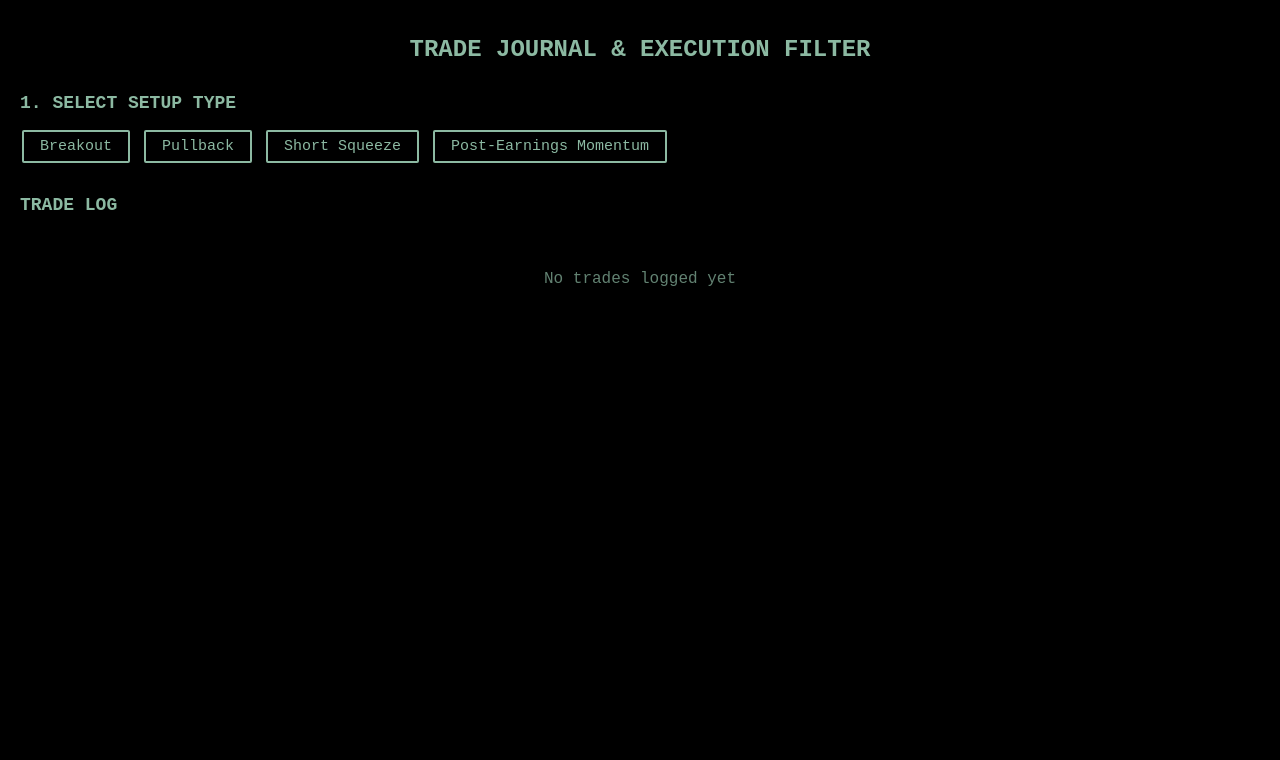
Repository: 11612x/burnlistv1.1
Page: /journal
An editor plug-in stored every save of this project. The page is shown before and after the next save, followed by the edit.
The browser window is 1280 px wide. The pictures show the whole page.
The project was rebuilt for these pictures with package versions that can differ from the ones it lists, and the page was loaded fresh each time. Also part of the build but not shown: vite.config.js, src/components/CustomTooltip.jsx, src/logic/portfolioUtils.js, src/components/WatchlistChart.jsx, src/data/randomNames.js, src/data/mockTickerGenerator.js, src/components/NotificationBanner.jsx, src/pages/HomePage.jsx and 18 more.

Above is the page before, as saved 2025-07-17 01:07:55.

### index.html
<!DOCTYPE html>
<html lang="en">
  <head>
    <meta charset="UTF-8" />
    <meta name="viewport" content="width=device-width, initial-scale=1.0" />
    <title>Burnlist</title>
    <link rel="icon" type="image/x-icon" href="/favicon.ico" />
  </head>
  <body>
    <div id="root"></div>
    <script type="module" src="/src/main.jsx"></script>
  </body>
</html>

### src/main.jsx
import React from 'react';
import ReactDOM from 'react-dom/client';
import App from './App';
import './index.css';
import MockWatchlistPage from './pages/MockWatchlistPage';

console.log("MAIN.JSX is running");


ReactDOM.createRoot(document.getElementById('root')).render(<App />);

### src/index.css
body, html, #root {
  margin: 0;
  padding: 0;
  height: 100%;
  background-color: black;
  color: #0de309;
  font-family: 'Courier New', Courier, monospace;
}

### src/pages/TradeJournal.jsx
import React, { useState, useEffect } from "react";
import { useTheme } from '../ThemeContext';
import { useNavigate } from 'react-router-dom';
import NotificationBanner from '@components/NotificationBanner';
import CustomButton from '@components/CustomButton';
import greenflag from '../assets/greenflag.png';
import yellowflag from '../assets/yellowflag.png';
import redflag from '../assets/redflag.png';

const CRT_GREEN = 'rgb(140,185,162)';

// Setup configurations with their specific checklists
const SETUP_CONFIGS = {
  breakout: {
    name: "Breakout",
    checklists: [
      "Price above key resistance level",
      "Volume surge on breakout",
      "Clean breakout (no overlapping candles)",
      "Previous consolidation pattern",
      "No major resistance overhead",
      "RSI not overbought (>70)",
      "Breakout from 20+ day range",
      "Follow-through volume next day",
      "No earnings within 5 days",
      "Stop loss below breakout level"
    ]
  },
  pullback: {
    name: "Pullback",
    checklists: [
      "Pullback to key support level",
      "Volume decreasing on pullback",
      "Bounce from moving average",
      "RSI oversold (<30) or near support",
      "Previous uptrend intact",
      "No breakdown of key support",
      "Candlestick reversal pattern",
      "Volume confirmation on bounce",
      "No major news events",
      "Stop loss below support level"
    ]
  },
  shortSqueeze: {
    name: "Short Squeeze",
    checklists: [
      "High short interest (>20%)",
      "Price above short interest level",
      "Volume explosion",
      "Gap up or strong move",
      "No major resistance overhead",
      "Catalyst-driven move",
      "Short covering evident",
      "Momentum indicators strong",
      "No earnings within 3 days",
      "Stop loss below entry",
      "Risk:Reward at least 1:2"
    ]
  },
  postEarnings: {
    name: "Post-Earnings Momentum",
    checklists: [
      "Earnings beat expectations",
      "Gap up on earnings",
      "Volume surge post-earnings",
      "No gap fill within 2 days",
      "Analyst upgrades",
      "Guidance positive",
      "Sector momentum",
      "No major resistance overhead",
      "RSI not overbought",
      "Stop loss below gap",
      "Risk:Reward at least 1:1.5"
    ]
  }
};

const TradeJournal = () => {
  const { isInverted } = useTheme();
  const navigate = useNavigate();
  const [selectedSetup, setSelectedSetup] = useState("");
  const [ticker, setTicker] = useState("");
  const [checklistItems, setChecklistItems] = useState({});
  const [entryPrice, setEntryPrice] = useState("");
  const [stopLoss, setStopLoss] = useState("");
  const [target, setTarget] = useState("");
  const [accountSize, setAccountSize] = useState("");
  const [riskPerTrade, setRiskPerTrade] = useState("2");
  const [overrideReason, setOverrideReason] = useState("");
  const [trades, setTrades] = useState([]);
  const [notification, setNotification] = useState("");
  const [notificationType, setNotificationType] = useState("info");

  // Load trades from localStorage on mount
  useEffect(() => {
    const savedTrades = localStorage.getItem("trade_journal_trades");
    if (savedTrades) {
      try {
        setTrades(JSON.parse(savedTrades));
      } catch (error) {
        console.error("Error loading trades:", error);
      }
    }
  }, []);

  // Save trades to localStorage whenever trades change
  useEffect(() => {
    localStorage.setItem("trade_journal_trades", JSON.stringify(trades));
  }, [trades]);

  // Reset checklist when setup changes
  useEffect(() => {
    if (selectedSetup && SETUP_CONFIGS[selectedSetup]) {
      const newChecklist = {};
      SETUP_CONFIGS[selectedSetup].checklists.forEach(item => {
        newChecklist[item] = false;
      });
      setChecklistItems(newChecklist);
    }
  }, [selectedSetup]);

  const handleChecklistChange = (item) => {
    setChecklistItems(prev => ({
      ...prev,
      [item]: !prev[item]
    }));
  };

  const calculateRiskReward = () => {
    if (!entryPrice || !stopLoss || !target) return null;
    const entry = parseFloat(entryPrice);
    const stop = parseFloat(stopLoss);
    const targetPrice = parseFloat(target);

    if (entry <= 0 || stop <= 0 || targetPrice <= 0) return null;

    const risk = Math.abs(entry - stop);
    const reward = Math.abs(targetPrice - entry);

    if (risk === 0) return null;

    return (reward / risk).toFixed(2);
  };

  const calculatePositionSize = () => {
    if (!accountSize || !riskPerTrade || !entryPrice || !stopLoss) return null;

    const account = parseFloat(accountSize);
    const riskPercent = parseFloat(riskPerTrade) / 100;
    const entry = parseFloat(entryPrice);
    const stop = parseFloat(stopLoss);

    if (account <= 0 || riskPercent <= 0 || entry <= 0 || stop <= 0) return null;

    const riskAmount = account * riskPercent;
    const riskPerShare = Math.abs(entry - stop);

    if (riskPerShare === 0) return null;

    return Math.floor(riskAmount / riskPerShare);
  };

  const getVerdict = () => {
    if (!selectedSetup || Object.keys(checklistItems).length === 0) return null;

    const totalItems = Object.keys(checklistItems).length;
    const checkedItems = Object.values(checklistItems).filter(Boolean).length;
    const failedItems = totalItems - checkedItems;

    if (failedItems === 0) return { type: "qualified", text: "Qualified", flag: greenflag };
    if (failedItems <= 2) return { type: "discretionary", text: "Discretionary", flag: yellowflag };
    return { type: "blocked", text: "Blocked", flag: redflag };
  };

  const handleSubmit = () => {
    if (!selectedSetup || !entryPrice || !stopLoss || !target) {
      setNotification("Please fill in all required fields");
      setNotificationType("error");
      setTimeout(() => setNotification(""), 3000);
      return;
    }

    const verdict = getVerdict();
    if (!verdict) return;

    const newTrade = {
      id: Date.now(),
      ticker: ticker.toUpperCase(), // Use the ticker from the form
      setupType: SETUP_CONFIGS[selectedSetup].name,
      entryPrice: parseFloat(entryPrice),
      stopLoss: parseFloat(stopLoss),
      target: parseFloat(target),
      riskReward: calculateRiskReward(),
      positionSize: calculatePositionSize(),
      verdict: verdict.text,
      verdictType: verdict.type,
      verdictFlag: verdict.flag,
      checklistItems: { ...checklistItems },
      overrideReason: verdict.type !== "qualified" ? overrideReason : "",
      date: new Date().toISOString(),
      notes: "",
      outcome: "pending"
    };

    setTrades(prev => [newTrade, ...prev]);

    // Reset form
    setSelectedSetup("");
    setTicker("");
    setChecklistItems({});
    setEntryPrice("");
    setStopLoss("");
    setTarget("");
    setOverrideReason("");

    setNotification("Trade logged successfully");
    setNotificationType("success");
    setTimeout(() => setNotification(""), 3000);
  };

  const updateTrade = (id, updates) => {
    setTrades(prev => prev.map(trade =>
      trade.id === id ? { ...trade, ...updates } : trade
    ));
  };

  const deleteTrade = (id) => {
    setTrades(prev => prev.filter(trade => trade.id !== id));
  };

  const riskReward = calculateRiskReward();
  const positionSize = calculatePositionSize();
  const verdict = getVerdict();

  return (
    <div style={{
      padding: '20px',
      fontFamily: 'Courier New',
      color: isInverted ? '#000' : CRT_GREEN,
      background: isInverted ? CRT_GREEN : '#000',
      minHeight: '100vh'
    }}>
      <NotificationBanner
        message={notification}
        type={notificationType}
        onClose={() => setNotification("")}
      />

      <h1 style={{ textAlign: 'center', marginBottom: '30px', fontSize: '24px' }}>
        TRADE JOURNAL & EXECUTION FILTER
      </h1>

      {/* Setup Selection */}
      <div style={{ marginBottom: '30px' }}>
        <h2 style={{ marginBottom: '15px', fontSize: '18px' }}>1. SELECT SETUP TYPE</h2>
        <div style={{ display: 'flex', gap: '10px', flexWrap: 'wrap' }}>
          {Object.entries(SETUP_CONFIGS).map(([key, config]) => (
            <CustomButton
              key={key}
              onClick={() => setSelectedSetup(key)}
              style={{
                background: selectedSetup === key ? CRT_GREEN : 'transparent',
                color: selectedSetup === key ? '#000' : CRT_GREEN,
                border: `2px solid ${CRT_GREEN}`,
                fontWeight: selectedSetup === key ? 'bold' : 'normal'
              }}
            >
              {config.name}
            </CustomButton>
          ))}
        </div>
      </div>

      {/* Checklist */}
      {selectedSetup && (
        <div style={{ marginBottom: '30px' }}>
          <h2 style={{ marginBottom: '15px', fontSize: '18px' }}>
            2. VERIFY SETUP CRITERIA ({SETUP_CONFIGS[selectedSetup].name})
          </h2>
          <div style={{
            display: 'grid',
            gridTemplateColumns: 'repeat(auto-fit, minmax(300px, 1fr))',
            gap: '10px'
          }}>
            {SETUP_CONFIGS[selectedSetup].checklists.map((item, index) => (
              <label key={index} style={{
                display: 'flex',
                alignItems: 'center',
                gap: '10px',
                padding: '8px',
                border: `1px solid ${CRT_GREEN}`,
                cursor: 'pointer'
              }}>
                <input
                  type="checkbox"
                  checked={checklistItems[item] || false}
                  onChange={() => handleChecklistChange(item)}
                  style={{ transform: 'scale(1.2)' }}
                />
                <span style={{ fontSize: '14px' }}>{item}</span>
              </label>
            ))}
          </div>
        </div>
      )}

      {/* Entry Details */}
      {selectedSetup && (
        <div style={{ marginBottom: '30px' }}>
          <h2 style={{ marginBottom: '15px', fontSize: '18px' }}>3. ENTRY DETAILS</h2>
          <div style={{
            display: 'grid',
            gridTemplateColumns: 'repeat(auto-fit, minmax(200px, 1fr))',
            gap: '15px'
          }}>
            <div>
              <label style={{ display: 'block', marginBottom: '5px' }}>Ticker Symbol:</label>
              <input
                type="text"
                value={ticker}
                onChange={(e) => setTicker(e.target.value.toUpperCase())}
                placeholder="AAPL"
                style={{
                  width: '100%',
                  padding: '8px',
                  background: 'transparent',
                  border: `1px solid ${CRT_GREEN}`,
                  color: CRT_GREEN,
                  fontFamily: 'Courier New',
                  textTransform: 'uppercase'
                }}
              />
            </div>
            <div>
              <label style={{ display: 'block', marginBottom: '5px' }}>Entry Price:</label>
              <input
                type="number"
                step="0.01"
                value={entryPrice}
                onChange={(e) => setEntryPrice(e.target.value)}
                style={{
                  width: '100%',
                  padding: '8px',
                  background: 'transparent',
                  border: `1px solid ${CRT_GREEN}`,
                  color: CRT_GREEN,
                  fontFamily: 'Courier New'
                }}
              />
            </div>
            <div>
              <label style={{ display: 'block', marginBottom: '5px' }}>Stop Loss:</label>
              <input
                type="number"
                step="0.01"
                value={stopLoss}
                onChange={(e) => setStopLoss(e.target.value)}
                style={{
                  width: '100%',
                  padding: '8px',
                  background: 'transparent',
                  border: `1px solid ${CRT_GREEN}`,
                  color: CRT_GREEN,
                  fontFamily: 'Courier New'
                }}
              />
            </div>
            <div>
              <label style={{ display: 'block', marginBottom: '5px' }}>Target:</label>
              <input
                type="number"
                step="0.01"
                value={target}
                onChange={(e) => setTarget(e.target.value)}
                style={{
                  width: '100%',
                  padding: '8px',
                  background: 'transparent',
                  border: `1px solid ${CRT_GREEN}`,
                  color: CRT_GREEN,
                  fontFamily: 'Courier New'
                }}
              />
            </div>
          </div>
        </div>
      )}

      {/* Risk Management */}
      {selectedSetup && (
        <div style={{ marginBottom: '30px' }}>
          <h2 style={{ marginBottom: '15px', fontSize: '18px' }}>4. RISK MANAGEMENT</h2>
          <div style={{
            display: 'grid',
            gridTemplateColumns: 'repeat(auto-fit, minmax(200px, 1fr))',
            gap: '15px'
          }}>
            <div>
              <label style={{ display: 'block', marginBottom: '5px' }}>Account Size ($):</label>
              <input
                type="number"
                value={accountSize}
                onChange={(e) => setAccountSize(e.target.value)}
                style={{
                  width: '100%',
                  padding: '8px',
                  background: 'transparent',
                  border: `1px solid ${CRT_GREEN}`,
                  color: CRT_GREEN,
                  fontFamily: 'Courier New'
                }}
              />
            </div>
            <div>
              <label style={{ display: 'block', marginBottom: '5px' }}>Risk Per Trade (%):</label>
              <input
                type="number"
                step="0.1"
                value={riskPerTrade}
                onChange={(e) => setRiskPerTrade(e.target.value)}
                style={{
                  width: '100%',
                  padding: '8px',
                  background: 'transparent',
                  border: `1px solid ${CRT_GREEN}`,
                  color: CRT_GREEN,
                  fontFamily: 'Courier New'
                }}
              />
            </div>
          </div>

          {/* Calculations Display */}
          <div style={{
            marginTop: '15px',
            padding: '15px',
            border: `1px solid ${CRT_GREEN}`,
            background: 'rgba(140,185,162,0.1)'
          }}>
            <div style={{ display: 'grid', gridTemplateColumns: 'repeat(auto-fit, minmax(150px, 1fr))', gap: '10px' }}>
              <div>
                <strong>Risk:Reward:</strong> {riskReward ? `${riskReward}:1` : 'N/A'}
              </div>
              <div>
                <strong>Position Size:</strong> {positionSize ? `${positionSize} shares` : 'N/A'}
              </div>
              <div>
                <strong>Risk Amount:</strong> {accountSize && riskPerTrade ?
                  `$${((parseFloat(accountSize) * parseFloat(riskPerTrade) / 100)).toFixed(2)}` : 'N/A'}
              </div>
            </div>
          </div>
        </div>
      )}

      {/* Verdict */}
      {verdict && (
        <div style={{ marginBottom: '30px' }}>
          <h2 style={{ marginBottom: '15px', fontSize: '18px' }}>5. SETUP VERDICT</h2>
          <div style={{
            padding: '15px',
            border: `2px solid ${CRT_GREEN}`,
            textAlign: 'center',
            fontSize: '18px',
            fontWeight: 'bold',
            background: verdict.type === 'qualified' ? 'rgba(0,255,0,0.1)' :
                       verdict.type === 'discretionary' ? 'rgba(255,165,0,0.1)' :
                       'rgba(255,0,0,0.1)',
            display: 'flex',
            alignItems: 'center',
            justifyContent: 'center',
            gap: '10px'
          }}>
            <img
              src={verdict.flag}
              alt={verdict.text}
              style={{ width: '24px', height: '24px' }}
            />
            {verdict.text}
          </div>

          {verdict.type !== 'qualified' && (
            <div style={{ marginTop: '15px' }}>
              <label style={{ display: 'block', marginBottom: '5px' }}>
                Override Reason (Required for Discretionary/Blocked):
              </label>
              <textarea
                value={overrideReason}
                onChange={(e) => setOverrideReason(e.target.value)}
                style={{
                  width: '100%',
                  padding: '8px',
                  background: 'transparent',
                  border: `1px solid ${CRT_GREEN}`,
                  color: CRT_GREEN,
                  fontFamily: 'Courier New',
                  minHeight: '60px'
                }}
                placeholder="Explain why you're proceeding despite failed criteria..."
              />
            </div>
          )}
        </div>
      )}

      {/* Submit Button */}
      {selectedSetup && (
        <div style={{ textAlign: 'center', marginBottom: '30px' }}>
          <CustomButton
            onClick={handleSubmit}
            disabled={!ticker || !entryPrice || !stopLoss || !target || (verdict?.type !== 'qualified' && !overrideReason)}
            style={{ fontSize: '16px', padding: '12px 24px' }}
          >
            LOG TRADE
          </CustomButton>
        </div>
      )}

      {/* Trade Log */}
      <div>
        <h2 style={{ marginBottom: '15px', fontSize: '18px' }}>TRADE LOG</h2>
        {trades.length === 0 ? (
          <div style={{ textAlign: 'center', padding: '40px', opacity: 0.7 }}>
            No trades logged yet
          </div>
        ) : (
          <div style={{ overflowX: 'auto' }}>
            <table style={{
              width: '100%',
              borderCollapse: 'collapse',
              border: `1px solid ${CRT_GREEN}`
            }}>
              <thead>
                <tr style={{ background: 'rgba(140,185,162,0.1)' }}>
                  <th style={{ padding: '10px', border: `1px solid ${CRT_GREEN}`, textAlign: 'left' }}>Ticker</th>
                  <th style={{ padding: '10px', border: `1px solid ${CRT_GREEN}`, textAlign: 'left' }}>Setup</th>
                  <th style={{ padding: '10px', border: `1px solid ${CRT_GREEN}`, textAlign: 'left' }}>R:R</th>
                  <th style={{ padding: '10px', border: `1px solid ${CRT_GREEN}`, textAlign: 'left' }}>Verdict</th>
                  <th style={{ padding: '10px', border: `1px solid ${CRT_GREEN}`, textAlign: 'left' }}>Outcome</th>
                  <th style={{ padding: '10px', border: `1px solid ${CRT_GREEN}`, textAlign: 'left' }}>Actions</th>
                </tr>
              </thead>
              <tbody>
                {trades.map((trade) => (
                  <tr key={trade.id} style={{ borderBottom: `1px solid ${CRT_GREEN}` }}>
                    <td style={{ padding: '10px', border: `1px solid ${CRT_GREEN}` }}>
                      <input
                        type="text"
                        value={trade.ticker}
                        onChange={(e) => updateTrade(trade.id, { ticker: e.target.value })}
                        placeholder="Ticker"
                        style={{
                          background: 'transparent',
                          border: 'none',
                          color: CRT_GREEN,
                          fontFamily: 'Courier New',
                          width: '80px'
                        }}
                      />
                    </td>
                    <td style={{ padding: '10px', border: `1px solid ${CRT_GREEN}` }}>{trade.setupType}</td>
                    <td style={{ padding: '10px', border: `1px solid ${CRT_GREEN}` }}>{trade.riskReward}:1</td>
                                         <td style={{ padding: '10px', border: `1px solid ${CRT_GREEN}` }}>
                       <div style={{ display: 'flex', alignItems: 'center', gap: '5px' }}>
                         <img
                           src={trade.verdictFlag || (trade.verdictType === 'qualified' ? greenflag :
                                                    trade.verdictType === 'discretionary' ? yellowflag : redflag)}
                           alt={trade.verdict}
                           style={{ width: '16px', height: '16px' }}
                         />
                         {trade.verdict}
                       </div>
                     </td>
                    <td style={{ padding: '10px', border: `1px solid ${CRT_GREEN}` }}>
                      <select
                        value={trade.outcome}
                        onChange={(e) => updateTrade(trade.id, { outcome: e.target.value })}
                        style={{
                          background: 'transparent',
                          border: 'none',
                          color: CRT_GREEN,
                          fontFamily: 'Courier New'
                        }}
                      >
                        <option value="pending">Pending</option>
                        <option value="win">Win</option>
                        <option value="loss">Loss</option>
                        <option value="breakeven">Breakeven</option>
                      </select>
                    </td>
                    <td style={{ padding: '10px', border: `1px solid ${CRT_GREEN}` }}>
                      <CustomButton
                        onClick={() => deleteTrade(trade.id)}
                        style={{ padding: '4px 8px', fontSize: '12px' }}
                      >
                        Delete
                      </CustomButton>
                    </td>
                  </tr>
                ))}
              </tbody>
            </table>
          </div>
        )}
      </div>
    </div>
  );
};

export default TradeJournal;

Loaded but not shown: src/data/fetchManager.js (384 lines, source omitted); src/data/normalizeTicker.js (67 lines, source omitted); src/data/finhubAdapter.js (46 lines, source omitted); src/App.jsx (69 lines, source omitted); src/ThemeContext.jsx (42 lines, source omitted); src/components/CustomButton.jsx (33 lines, source omitted)

After the next save:
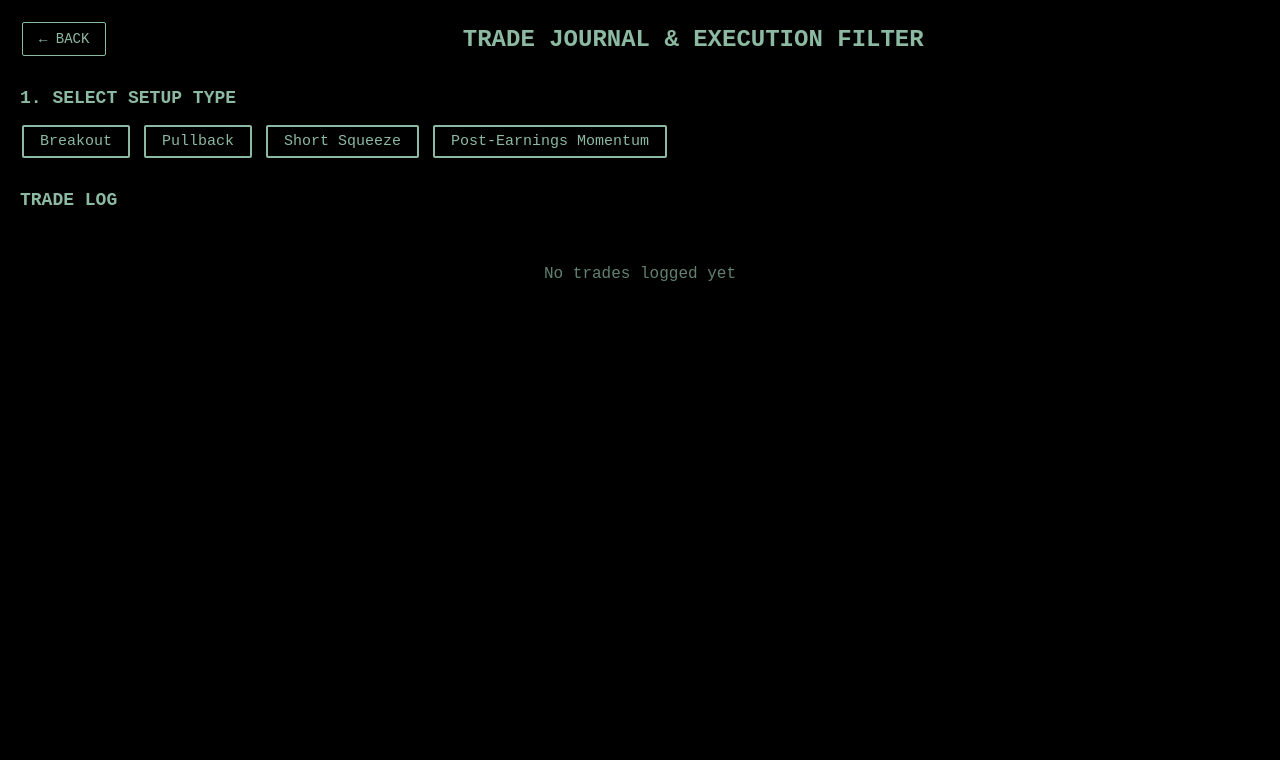
Saved 9 s later.
--- a/src/pages/TradeJournal.jsx
+++ b/src/pages/TradeJournal.jsx
@@ -246,9 +246,24 @@ const TradeJournal = () => {
         onClose={() => setNotification("")}
       />
 
-      <h1 style={{ textAlign: 'center', marginBottom: '30px', fontSize: '24px' }}>
-        TRADE JOURNAL & EXECUTION FILTER
-      </h1>
+      <div style={{ display: 'flex', alignItems: 'center', marginBottom: '30px' }}>
+        <CustomButton
+          onClick={() => navigate(-1)}
+          style={{
+            backgroundColor: 'transparent',
+            color: CRT_GREEN,
+            border: `1px solid ${CRT_GREEN}`,
+            padding: '8px 16px',
+            marginRight: '20px',
+            fontSize: '14px'
+          }}
+        >
+          ← BACK
+        </CustomButton>
+        <h1 style={{ fontSize: '24px', margin: 0, flex: 1, textAlign: 'center' }}>
+          TRADE JOURNAL & EXECUTION FILTER
+        </h1>
+      </div>
 
       {/* Setup Selection */}
       <div style={{ marginBottom: '30px' }}>
